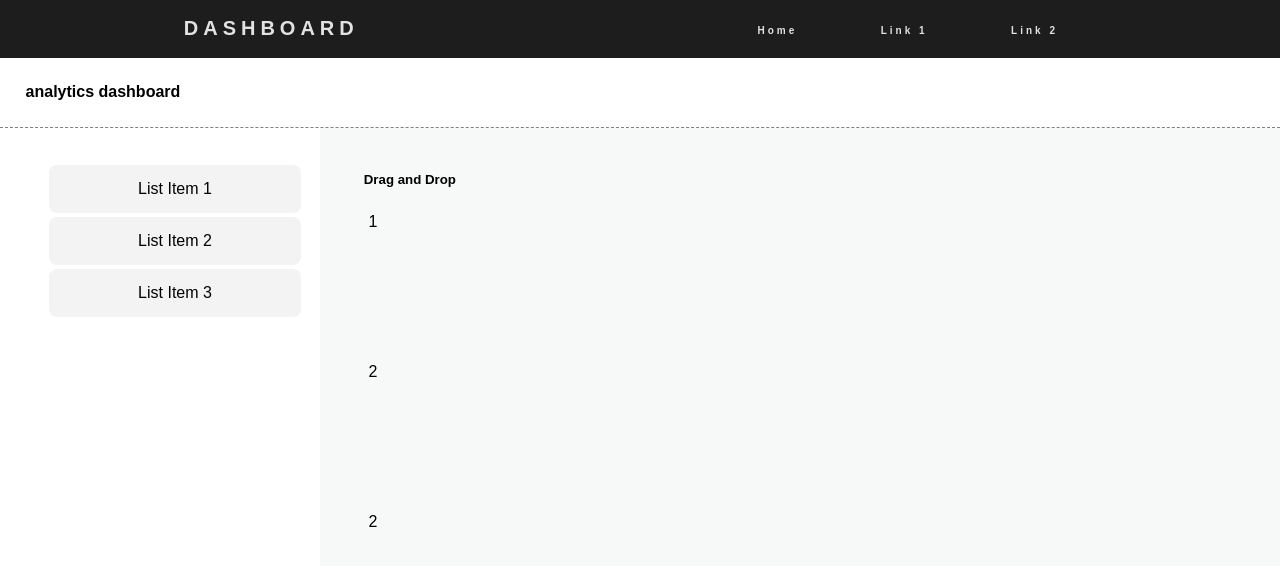
Repository: nourabdelhakam/drag-drop
Page: index.html
The author's editor kept a copy of each file at every save. The page is drawn from the files as they stood at one save, then again after the next save.
The browser window is 1280 px wide. The pictures show the whole page.

Above is the page before, as saved 2020-07-03 09:48:22.

After the next save:
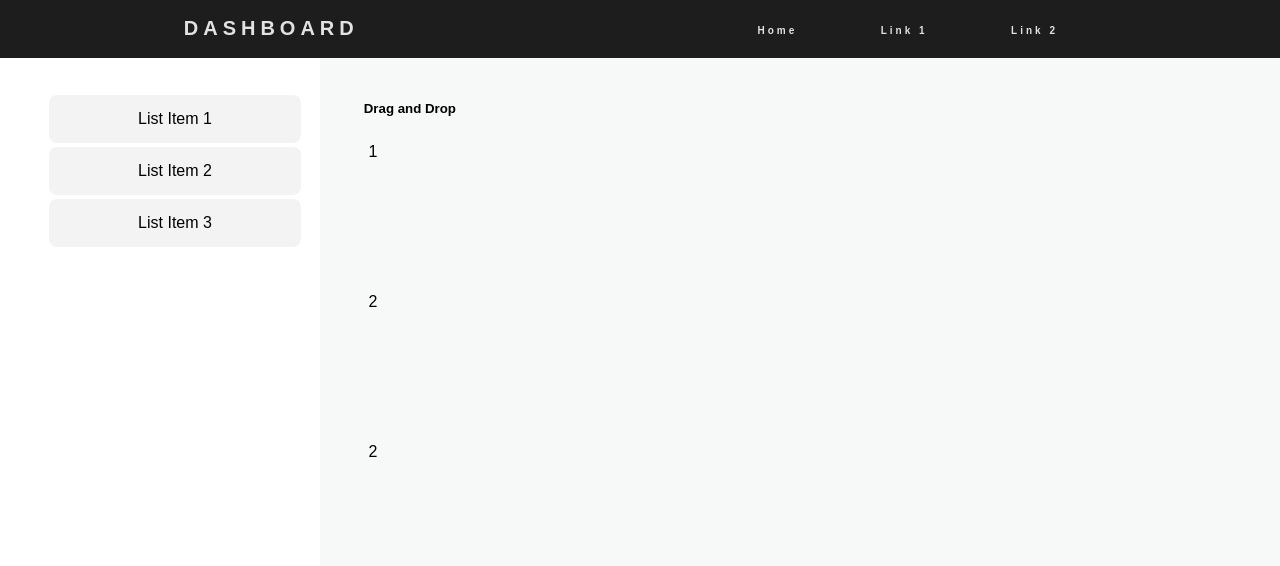
Saved 20 min 29 s later.
--- a/index.html
+++ b/index.html
@@ -29,9 +29,6 @@
       <!-- </nav> end of nav -->
 
       <section>
-          <h4>analytics dashboard </h4>
-          <div class="container">
-
                 <div class="left">
                     <div class="list">
                         <div class="list-item" draggable="true">List Item 1</div>
@@ -55,7 +52,6 @@
                 <div class="list"></div>
                 <div class="list"></div>
             </div> -->
-        </div>
       </section>
 
 
